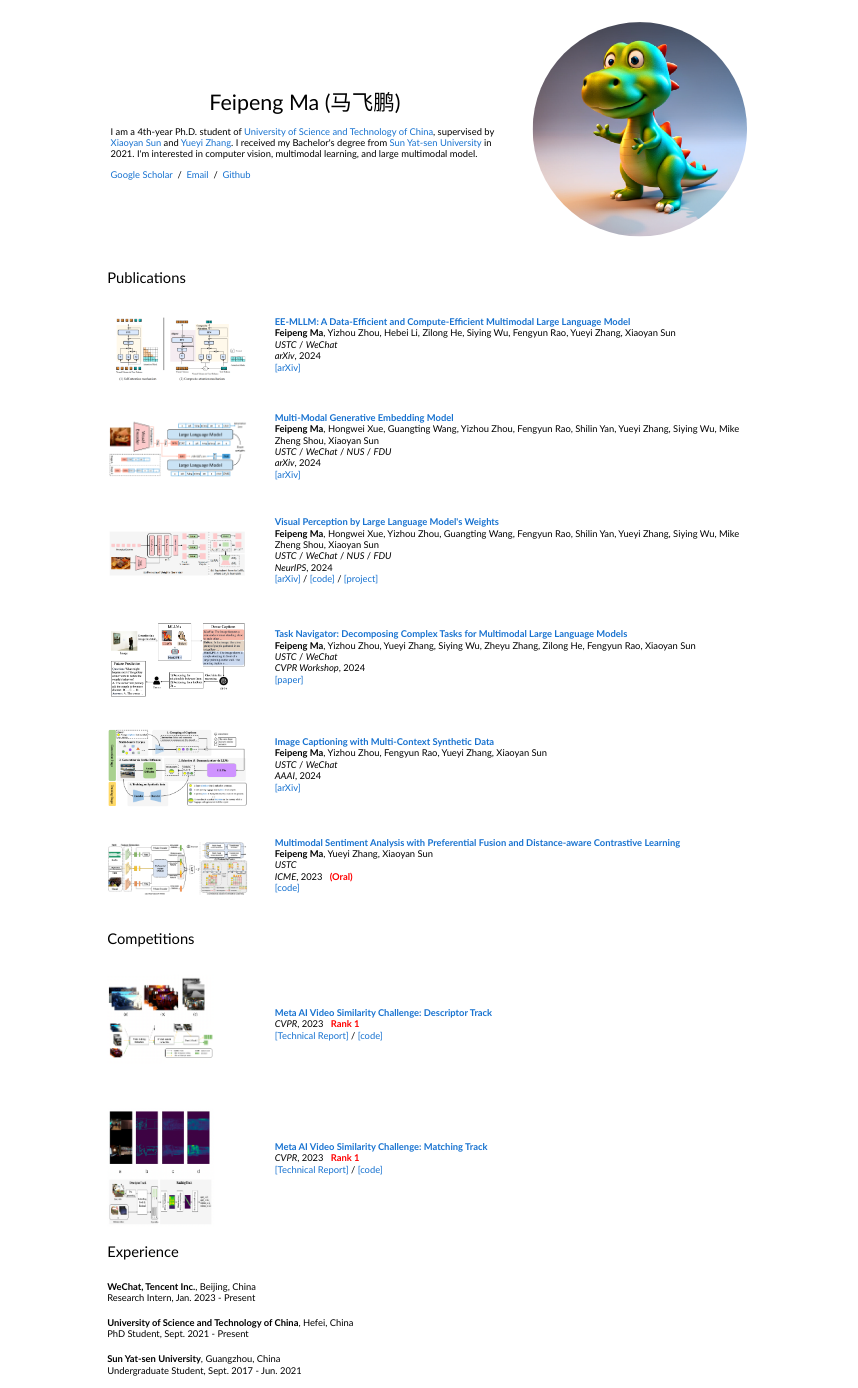
Repository: FeipengMa6/FeipengMa6.github.io
Page: index.html
The author's editor kept a copy of each file at every save. The page is drawn from the files as they stood at one save, then again after the next save.
The browser window is 1280 px wide. The pictures show the whole page, at 67% of full size.

Above is the page before, as saved 2024-10-11 17:44:29.

After the next save:
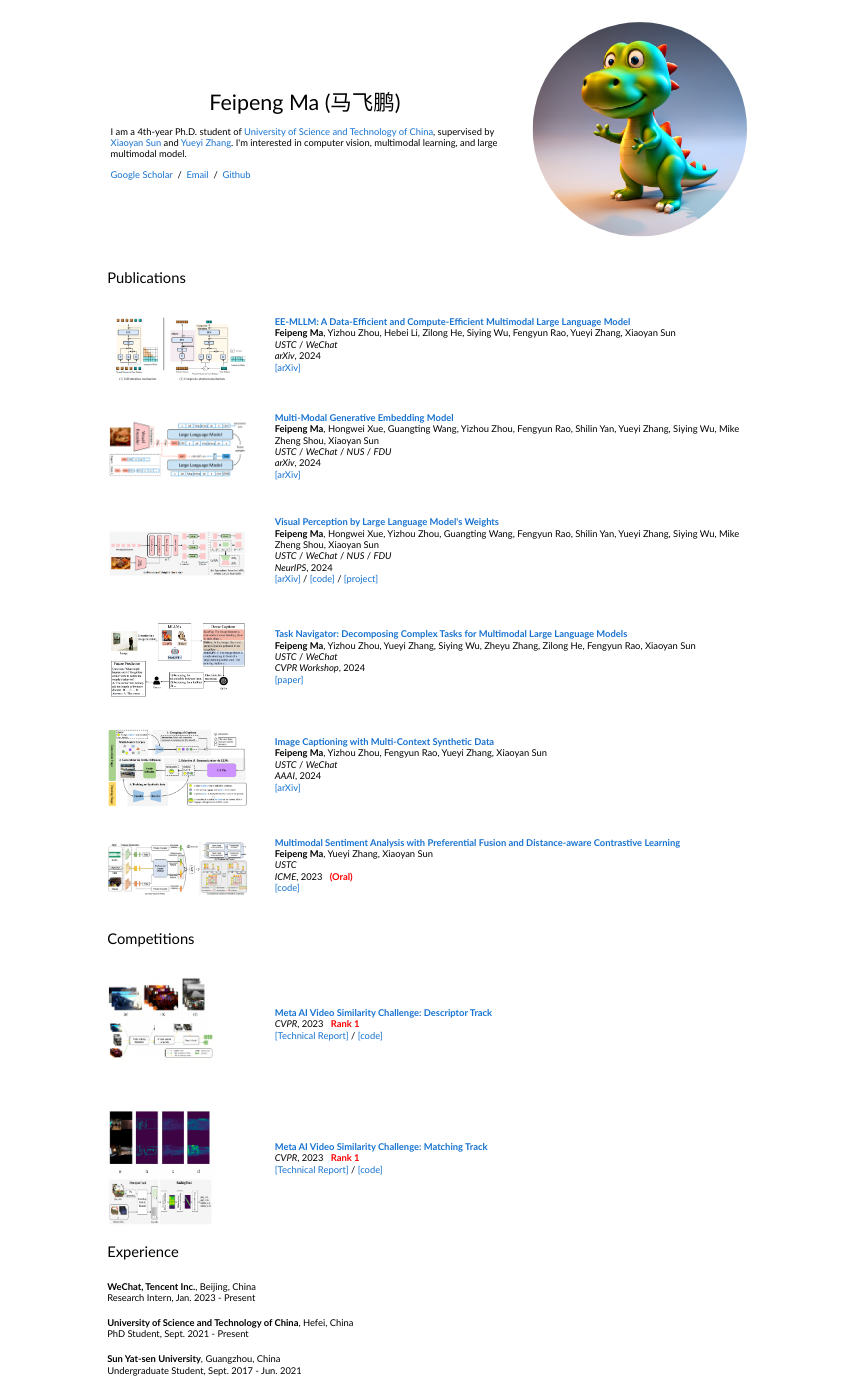
Saved 114 s later.
--- a/index.html
+++ b/index.html
@@ -18,7 +18,7 @@
                   Feipeng Ma (马飞鹏)
                 </p>
                 <p>I am a 4th-year Ph.D. student of <a href="https://en.ustc.edu.cn/">University of Science and Technology of China</a>, supervised by <a href="https://scholar.google.com/citations?user=VRG3dw4AAAAJ&hl=zh-CN">Xiaoyan Sun</a> and <a href="https://scholar.google.com/citations?user=LatWlFAAAAAJ&hl=zh-CN&oi=ao">Yueyi Zhang</a>.
-                  I received my Bachelor's degree from <a href="https://www.sysu.edu.cn/sysuen/">Sun Yat-sen University</a> in 2021.
+
                   I'm interested in computer vision, multimodal learning, and large multimodal model.
                 </p>
                 <p style="text-align:left">
